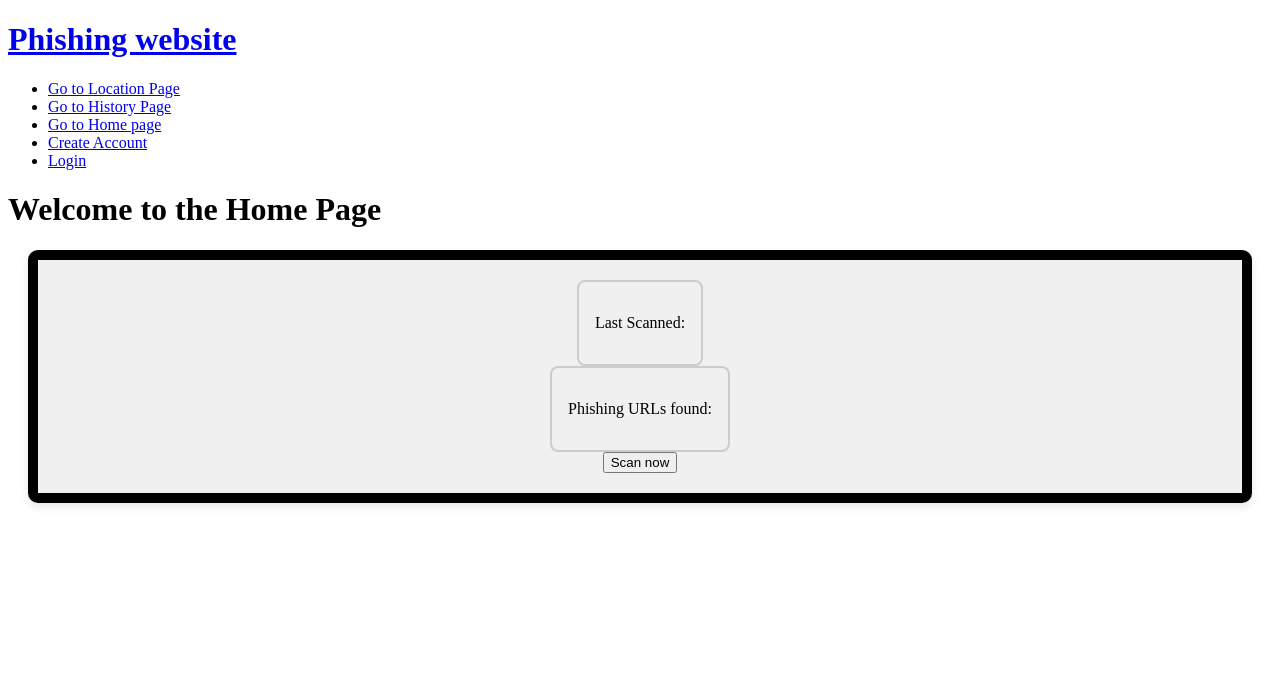
Repository: 2305199/Final-year-project
Page: / (app in frontend/)
An editor plug-in stored every save of this project. The page is shown before and after the next save, followed by the edit.
The browser window is 1280 px wide. The pictures show the whole page.
The project was rebuilt for these pictures with package versions that can differ from the ones it lists, and the page was loaded fresh each time. Also part of the build but not shown: frontend/vite.config.js, frontend/src/Location/Location.jsx, frontend/src/History/History.jsx, frontend/src/User/CreateAccount.jsx, frontend/src/User/Login.jsx.

Above is the page before, as saved 2026-01-26 04:07:01.

### frontend/src/App.jsx
import { BrowserRouter as Router, Routes, Route } from 'react-router-dom';
import Home from './Home/Home.jsx'
import Location from './Location/Location.jsx'
import History from './History/History.jsx'
import CreateAccount from './User/CreateAccount.jsx'
import Login from './User/Login.jsx'
import Header from './components/Header.jsx'

function App() {

  return (
    <Router>
    <Header />
   <Routes>
      <Route path="/" element={<Home />} />
      <Route path="/location" element={<Location />} />
      <Route path="/history" element={<History />} />
      <Route path="/createAccount" element={<CreateAccount />} />
      <Route path="/login" element={<Login />} />
   </Routes>
    </Router>
  )
}

export default App

### frontend/src/Home/Home.jsx
import styles from './Home.module.css'
function Home() {
    return ( <div>
    <h1>Welcome to the Home Page</h1>

    <div className={styles.Box}>
        <div className={styles.card} ><p>Last Scanned:</p></div>
        <div className={styles.card}><p>Phishing URLs found:</p></div>
        <button>Scan now</button>
    </div>
    </div>)
}
export default Home

### frontend/src/components/Header.jsx
function Header() {
    return (<div>
    <h1> <a href="/">Phishing website </a></h1>
     <ul>
        <li><a href="/location">Go to Location Page</a></li>
        <li><a href="/history">Go to History Page</a></li>
        <li><a href="/">Go to Home page</a></li>
        <li><a href="/createAccount">Create Account</a></li>
        <li><a href="/login">Login</a></li>
    </ul>
    </div>)

}
export default Header

### frontend/src/Home/Home.module.css
.Box{
    display: flex;
    flex-direction: column;
    align-items: center;
    justify-content: center;
   border: 10px solid black;
    padding: 20px;
    margin: 20px;
    background-color: #f0f0f0;
    border-radius: 10px;
    box-shadow: 0 4px 8px rgba(0, 0, 0, 0.1);

}
.container {
  display: grid;
  gap: 20px;
}

.card {
  border: 2px solid #ccc;
  padding: 16px;
  border-radius: 8px;
}

Loaded but not shown: frontend/index.html (common file); frontend/src/main.jsx (common file); frontend/src/index.css (no stored copy; drawn as an empty file)

After the next save:
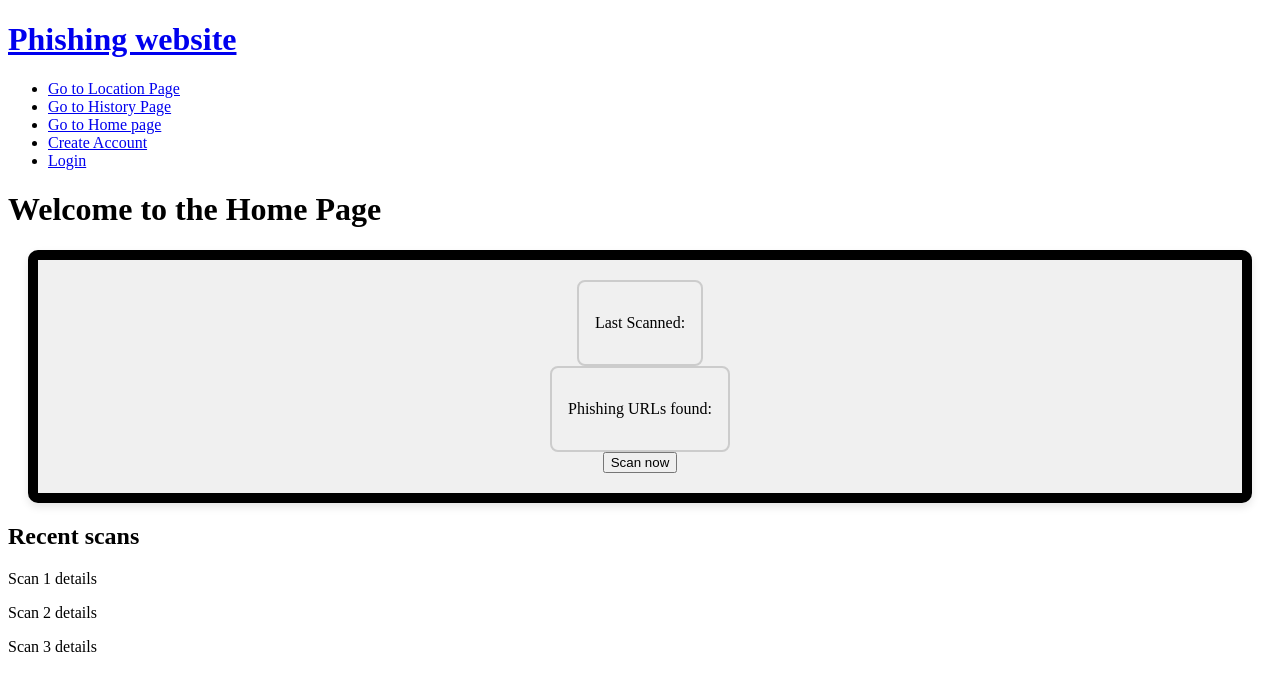
Saved 2 days later.
--- a/frontend/src/Home/Home.jsx
+++ b/frontend/src/Home/Home.jsx
@@ -8,6 +8,16 @@ function Home() {
         <div className={styles.card}><p>Phishing URLs found:</p></div>
         <button>Scan now</button>
     </div>
+
+    <div>
+        <h2>Recent scans</h2>
+        <div className={styles.recentScans}>
+            <div className={styles.scanCard}><p>Scan 1 details</p></div>
+            <div className={styles.scanCard}><p>Scan 2 details</p></div>
+            <div className={styles.scanCard}><p>Scan 3 details</p></div>
+        </div>
+    </div>
+
     </div>)
 }
 export default Home
